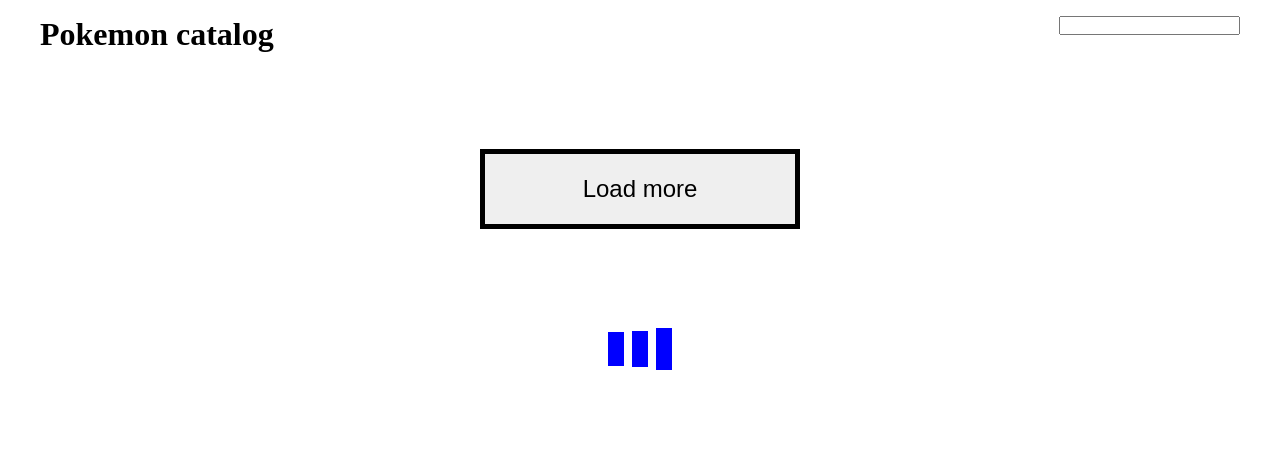
Repository: Ryszard-Penkala/pokemon-API
Page: index.html
The author's editor kept a copy of each file at every save. The page is drawn from the files as they stood at one save, then again after the next save.
The browser window is 1280 px wide. The pictures show the whole page.
The page's requests for data from a server got no answer.

Above is the page before, as saved 2020-06-28 08:08:39.

After the next save:
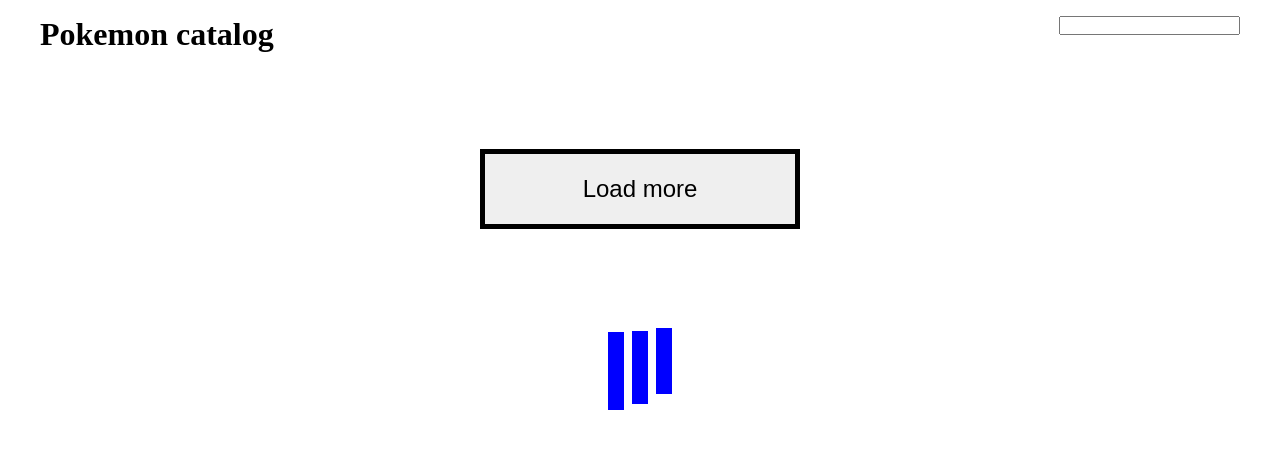
Saved 41 s later.
--- a/assets/styles/styles.css
+++ b/assets/styles/styles.css
@@ -102,10 +102,10 @@
   @keyframes footer-main__loader {
     0% {
       top: 8px;
-      height: 64px;
+      height: 2rem;
     }
     50%, 100% {
       top: 24px;
-      height: 32px;
+      height: 5rem;
     }
   }

After the save that followed:
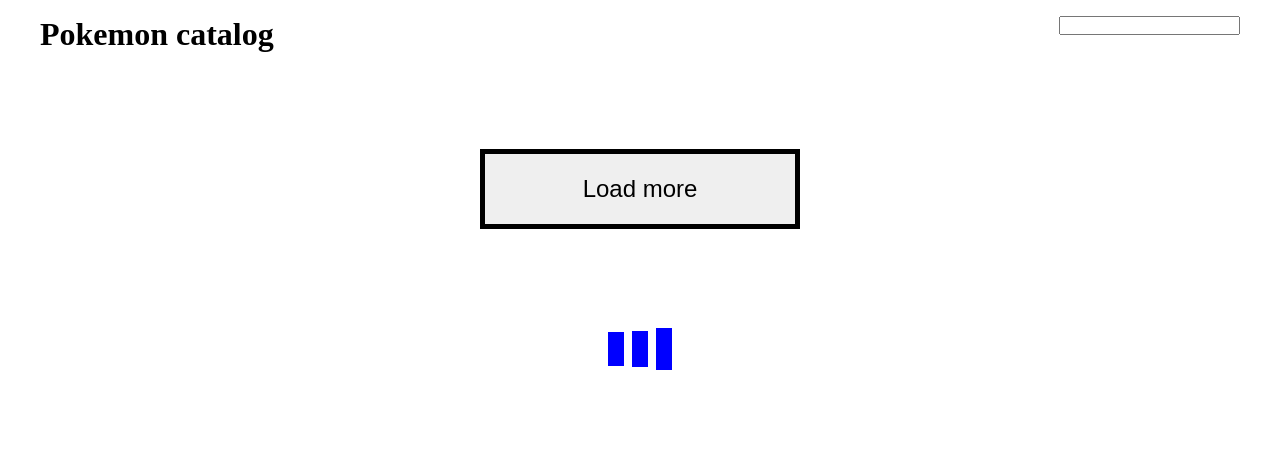
Saved 8 s later.
--- a/assets/styles/styles.css
+++ b/assets/styles/styles.css
@@ -102,10 +102,10 @@
   @keyframes footer-main__loader {
     0% {
       top: 8px;
-      height: 2rem;
+      height: 64px;
     }
     50%, 100% {
       top: 24px;
-      height: 5rem;
+      height: 32px;
     }
   }
